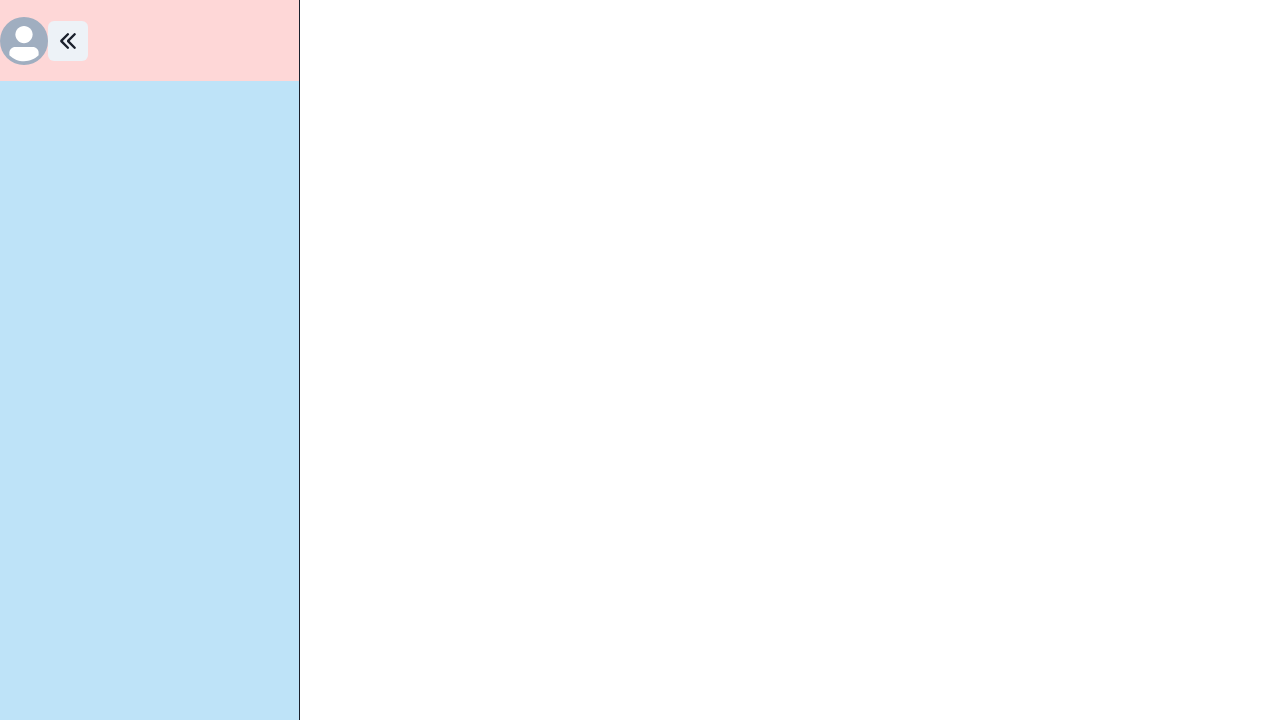
Repository: Siva20021/chat-app
Page: /
The author's editor kept a copy of each file at every save. The page is drawn from the files as they stood at one save, then again after a run of saves.
The browser window is 1280 px wide. The pictures show the whole page.
The project was rebuilt for these pictures with package versions that can differ from the ones it lists, and the page was loaded fresh each time. The framework's server and built-in components were replaced by stand-ins that run in the browser. Also part of the build but not shown: next.config.js, components/Login.js.

Above is the page before, as saved 2022-06-05 11:57:34.

After the next 2 saves:
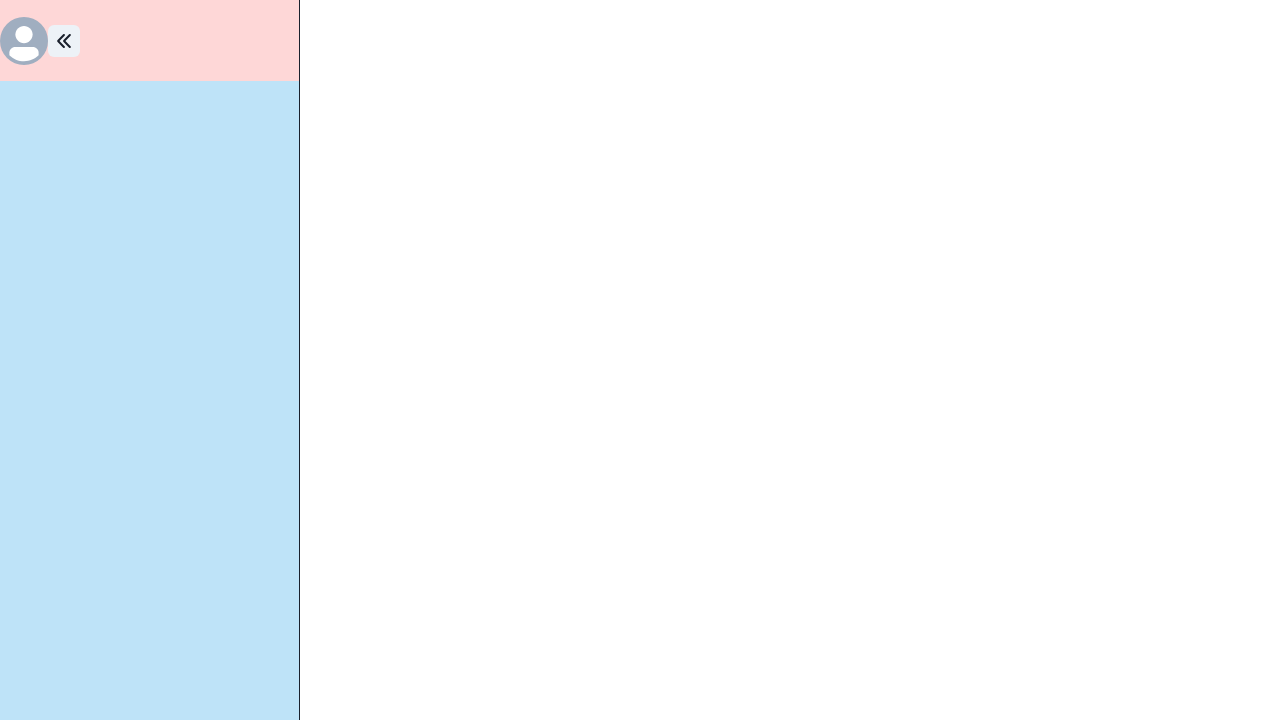
The 2 saves are shown as one change because they came seconds apart.
The last was saved 34 s later.
--- a/components/Sidebar.js
+++ b/components/Sidebar.js
@@ -17,7 +17,7 @@ export default function Sidebar() {
             align="center"
         >
             <Avatar src=""/>
-            <IconButton icon={<ArrowLeftIcon/>}/>
+            <IconButton size="sm" icon={<ArrowLeftIcon/>}/>
         </Flex>
     </Flex>
   )
